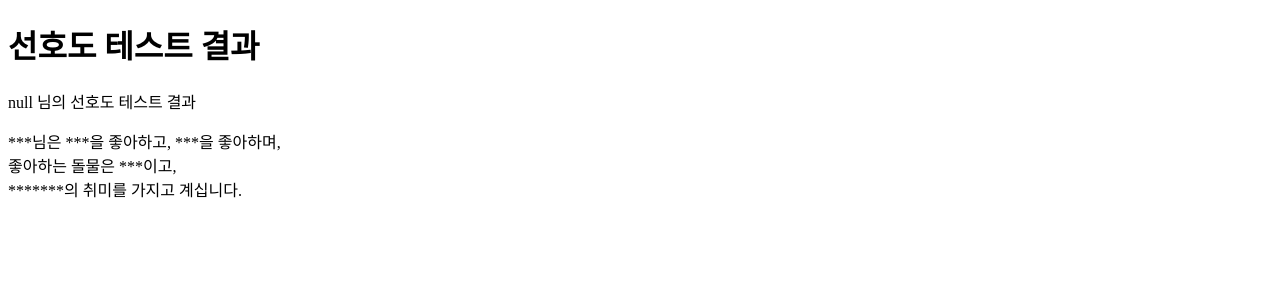
Repository: ddochiisrich/Ddochi-Web
Page: http://localhost/JSPStudyCh05Exam/ch0501ExamResult.jsp
These files come from the project's save history. The page is drawn as it stood at one moment and after the next save; the edit follows.
The browser window is 1280 px wide. The pictures show the whole page.
The page is served by Tomcat 9.

Above is the page before, as saved 2024-04-05 06:20:51.

### JSPStudyCh05Exam/src/main/webapp/ch0501ExamResult.jsp
<%@ page language="java" contentType="text/html; charset=UTF-8"
    pageEncoding="UTF-8"%>
<!DOCTYPE html>
<html>
<head>
<meta charset="UTF-8">
<title>선호도 테스트 결과</title>
</head>
<body>
	<h1>선호도 테스트 결과</h1>
	<p><%= request.getParameter("name") %> 님의 선호도 테스트 결과</p>
	***님은 ***을 좋아하고, ***을 좋아하며,<br>
	좋아하는 돌물은 ***이고,<br>
	*******의 취미를 가지고 계십니다.<br>
</body>
</html>

After the next save:
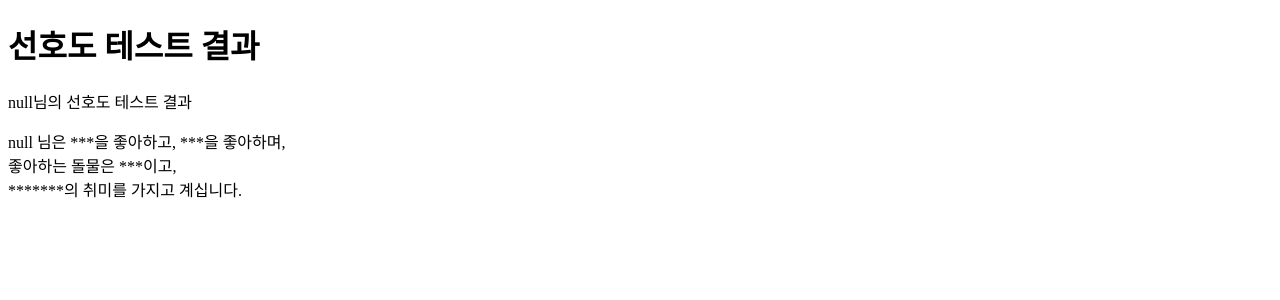
Saved 21 s later.
--- a/JSPStudyCh05Exam/src/main/webapp/ch0501ExamResult.jsp
+++ b/JSPStudyCh05Exam/src/main/webapp/ch0501ExamResult.jsp
@@ -8,8 +8,8 @@
 </head>
 <body>
 	<h1>선호도 테스트 결과</h1>
-	<p><%= request.getParameter("name") %> 님의 선호도 테스트 결과</p>
-	***님은 ***을 좋아하고, ***을 좋아하며,<br>
+	<p><%= request.getParameter("name") %>님의 선호도 테스트 결과</p>
+	<%= request.getParameter("name") %> 님은 ***을 좋아하고, ***을 좋아하며,<br>
 	좋아하는 돌물은 ***이고,<br>
 	*******의 취미를 가지고 계십니다.<br>
 </body>
